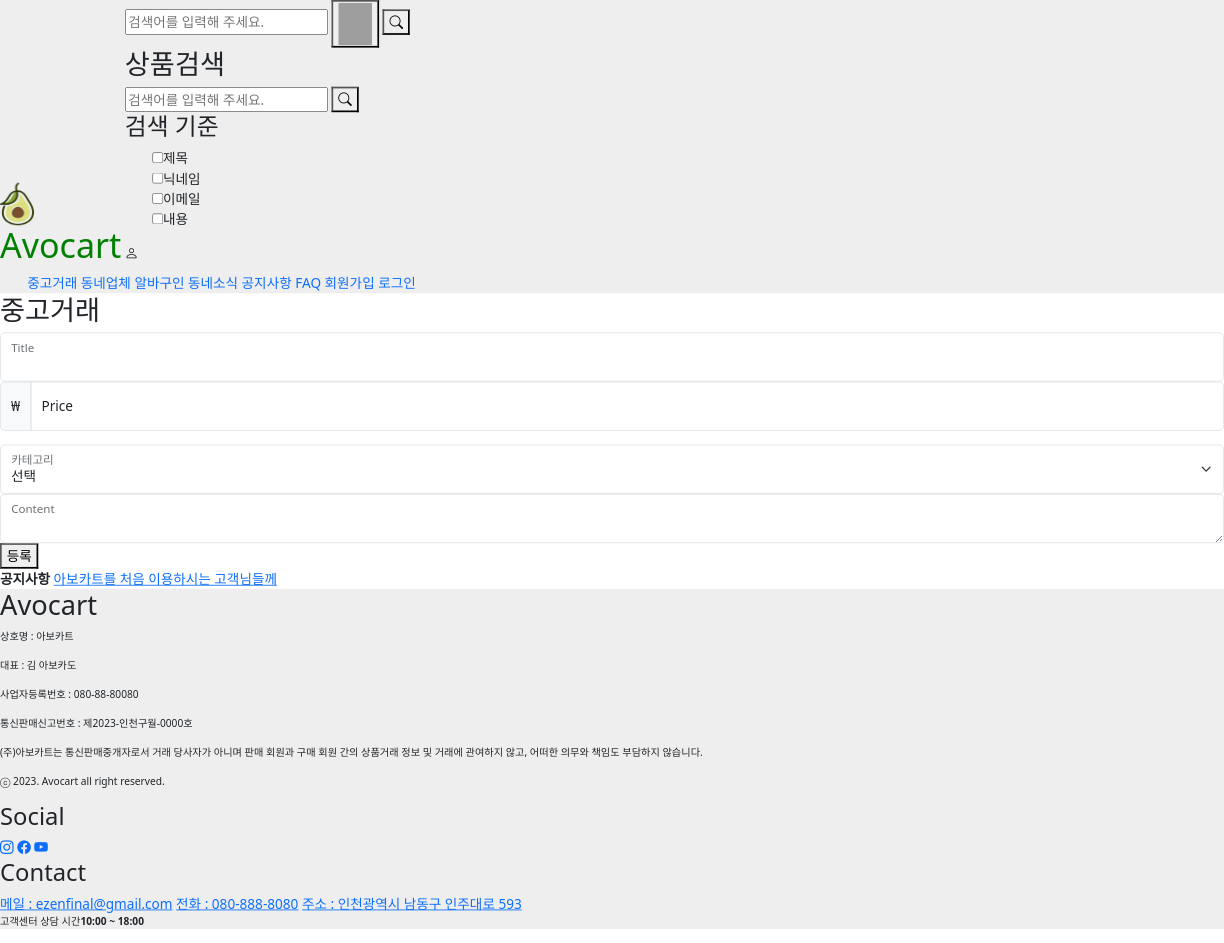
Repository: kimms0311/finalProject
Page: http://localhost/finalProject/WEB-INF/views/joongo/register.jsp
An editor plug-in stored every save of this project. The page is shown before and after the next save, followed by the edit.
The browser window is 1280 px wide. The page is 1440 px wide, so the pictures cover 1440 px, including what lies to the right of the window. The pictures show the whole page, at 85% of full size.
Pictures or frames that could not be fetched are drawn as grey boxes. The page is served by Tomcat 9. Nobody is signed in. The template is opened directly, without the code that normally fills it, so the values that code supplies are empty.

Above is the page before, as saved 2023-11-15 12:48:24.

After the next save:
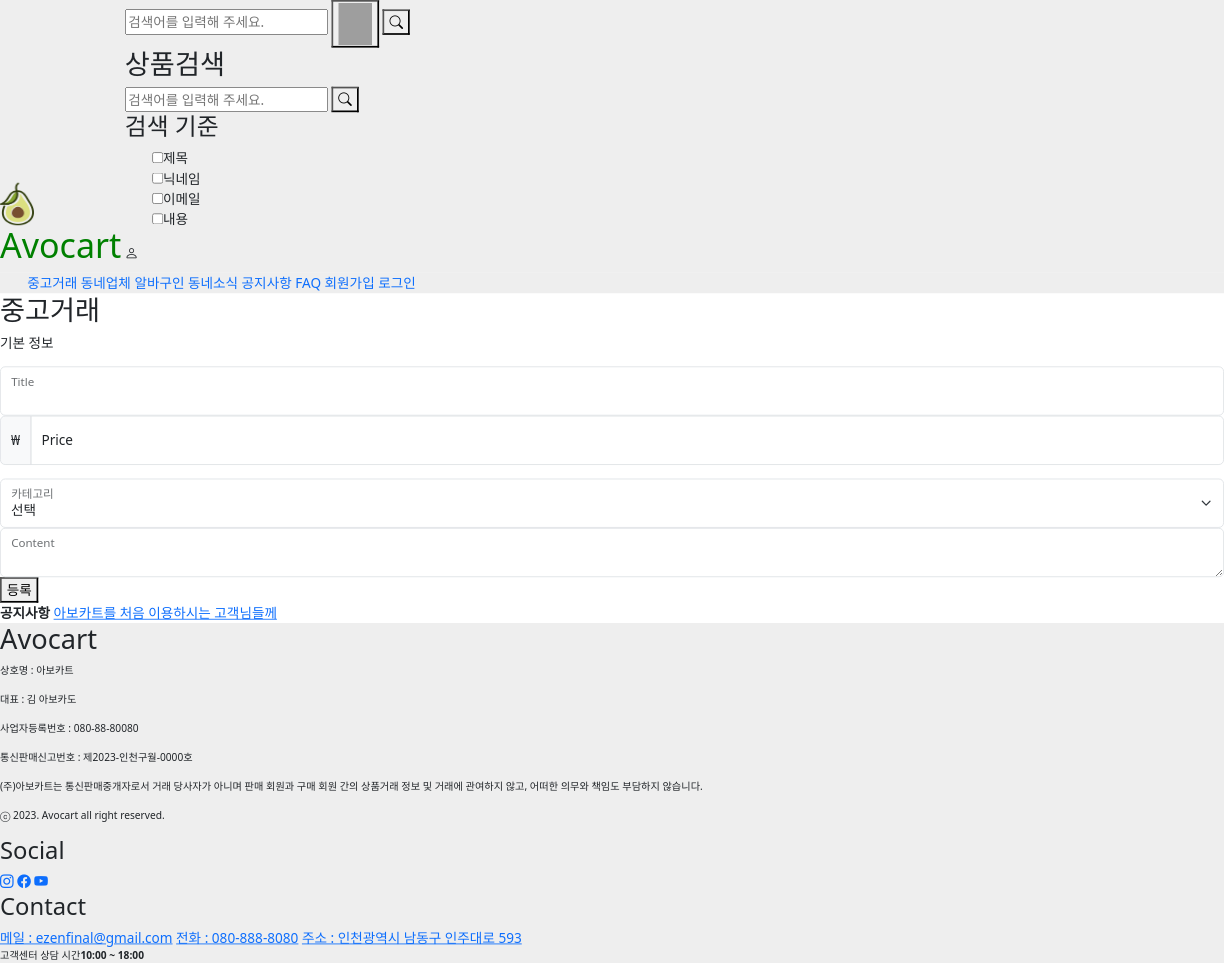
Saved 43 s later.
--- a/finalProject/src/main/webapp/WEB-INF/views/joongo/register.jsp
+++ b/finalProject/src/main/webapp/WEB-INF/views/joongo/register.jsp
@@ -10,6 +10,7 @@
 <jsp:include page="../common/header.jsp" />
 <div class="bodyContainer">
 <h2> 중고거래 </h2>
+<p>기본 정보</p>
 <form action="/joongo/register" method="post">
 	<input type="hidden" name="proEmail" value="joongoEmail@email">
 	<input type="hidden" name="proNickName" value="joongoJY">
